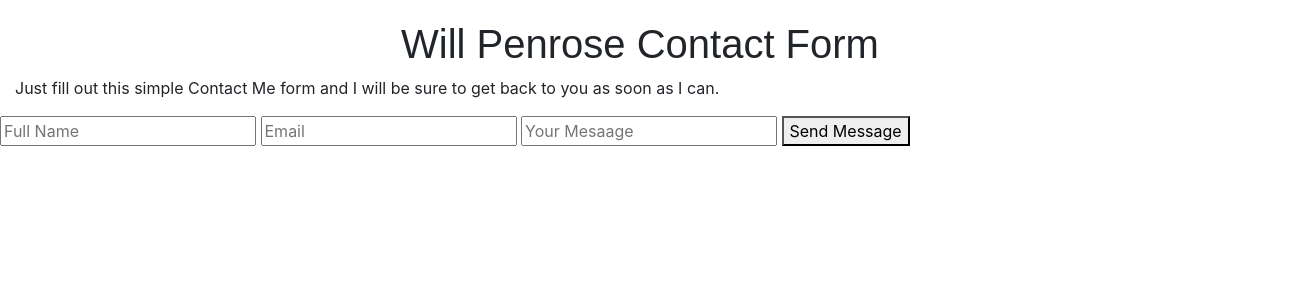
Repository: Code-Institute-Submissions/user-centric-frontend-dev-milestone-project
Page: contact.html
The author's editor kept a record of every edit. The page is drawn from the files as they stood at one moment, then again after the next edit.
The browser window is 1280 px wide. The page is 1295 px wide, then 1280 px, so the pictures cover 1295 px, including what lies to the right of the window. The pictures show the whole page.
Some web fonts or font styles are not loaded; a fallback is used.

Above is the page before.

### contact.html
<!DOCTYPE html>
<html lang="en">

<head>
    <meta charset="UTF-8">
    <meta name="viewport" content="width=device-width, initial-scale=1.0">
    <meta http-equiv="X-UA-Compatible" content="ie=edge">
    <link rel="stylesheet" href="style.css" type="text/css" />
    <link rel="stylesheet" href="https://stackpath.bootstrapcdn.com/bootstrap/4.3.1/css/bootstrap.min.css" type="text/css" />
    <title>Will Penrose Contact Form</title>
</head>

<body>
    <div class="container-fluid">
        <div class="row">
            <div class="col">
                <h1 class="contact-title">Will Penrose Contact Form</h1>
                <p class="contact-paragraph">
                    Just fill out this simple Contact Me form and I will be sure to get back to you as soon as I can.
                </p>
            </div>
        </div>
    </div>

    <div class="row">
        <div class="col-12 contact-form">
            <form>
                <input type="text" name="Name" placeholder="Full Name" />
                <input type="text" name="Email" placeholder="Email" />
                <input type="textarea" name="Mesaage" placeholder="Your Mesaage" />
                <button name="Send" type="submit">Send Message</button>
            </form>
        </div>
    </div>
</body>

</html>

### assets/css/style.css
@import url('https://fonts.googleapis.com/css?family=Odibee+Sans&display=swap:100,200,300,400,500,600,700|PT Sans Narrow:100,200,300,400,500,600,700');

/*---------------------------Navbar*/

.navbar {
    font-family: "Odibee Sans", sans-serif;
    font-size: 20px;
    letter-spacing: 1px;
    font-weight: 600;
}

/*---------------------------General*/

.inline-block {
    display: inline-block;
}

/*---------------------------Home Page Heading*/

.heading {
    text-align: center;
    margin: 0;
    padding-top: 100px;
}

img {
    width: 100%;
    height: 100%;
}

.jumbotron .name {
    font-family: "Odibee Sans", sans-serif;
    font-weight: 500;
    font-size: 60px
}

.jumbotron .title {
    font-family: "PT Sans Narrow", sans-serif;
    font-weight: 300;
    font-size: 40px
}

/*----------------------Home Page Text*/

.paragraph-heading {
    font-family: "Odibee Sans", sans-serif;
    font-size: 50px;
    text-align: center;
    text-decoration: underline;

}

.home-paragraphs {
    font-family: "PT Sans Narrow", sans-serif;
    font-size: 30px;
    width: 100%;
}

/*----------------------Media Quires*/

@media (max-width: 992px) {
    .home-paragraphs {
        padding-top: 20px;
    }
}

/*----------------------Contact Form*/


.contact-title {
    font-family: "Odibee Sans", sans-serif;
    padding-top: 20px;
    text-align: center;
}

/*----------------------Footer and Socials*/

footer {
    background-color: #343a40;
    color: rgba(255, 255, 255, 0.5);
    margin-top: 10px
}

.footer-paragraph {
    font-family: "PT Sans Narrow", sans-serif;
    text-align: center;
    font-size: 20px;
    font-weight: 400;
}

.footer-section {
    padding-top: 30px;
    text-align: center;
    font-family: "Odibee Sans", sans-serif;
    letter-spacing: 1px;
    font-size: 20px;
    font-weight: 600;
}

/*----------------------Footer Icons*/

.social-links li a i {
    width: 64px;
    height: 64px;
    color: #fff;
    padding: 30px;
}


p a i {
    width: 64px;
    height: 64px;
    color: #fff;
    padding-top: 20px;
}


/*----------------------Story Page*/

.story {
    margin: 0;
    padding-top: 100px;
}

.story-heading {
    font-family: "Odibee Sans", sans-serif;
    font-size: 50px;
    text-align: center;
}

.story-paragraphs {
    font-family: "PT Sans Narrow", sans-serif;
    font-size: 30px;
    display: inline-block;
}


/*----------------------Story Subheadings*/

.birth-subheading {
    font-family: "Odibee Sans", sans-serif;
    font-size: 40px;
    text-align: left;
    text-decoration: underline;
    padding-bottom: 10px
}

.years-subheading {
    font-family: "Odibee Sans", sans-serif;
    font-size: 40px;
    text-align: left;
    text-decoration: underline;
    padding-bottom: 10px
}

.leading-subheading {
    font-family: "Odibee Sans", sans-serif;
    font-size: 40px;
    text-align: left;
    text-decoration: underline;
    padding-bottom: 10px
}

.teen-subheading {
    font-family: "Odibee Sans", sans-serif;
    font-size: 40px;
    text-align: left;
    text-decoration: underline;
    padding-bottom: 10px
}

.present-subheading {
    font-family: "Odibee Sans", sans-serif;
    font-size: 40px;
    text-align: left;
    text-decoration: underline;
    padding-bottom: 10px
}


/*----------------------Gallery Page*/

.gallery {
    margin: 0;
    padding-top: 100px;
}

.gallery-heading {
    font-family: "Odibee Sans", sans-serif;
    font-size: 50px;
    text-align: center;
}

/*----------------------Gallery Images*/

.toprow {
    border-style: solid;
    border-width: 5px;
    border-color: #000;
    max-width: 100%;
    height: auto;
    padding-right: 10px;
    padding-left: 10px;
}

.image_group {
    font-family: "PT Sans Narrow", sans-serif;
    font-size: 25px;
    font-weight: 700;
    padding: 30px;
    text-align: center;
    text-decoration: underline;
}

.second-row {
    border-style: solid;
    border-width: 5px;
    border-color: #000;
    max-width: 100%;
    height: auto;
    padding-right: 10px;
    padding-left: 10px;
}

.third-row {
    border-style: solid;
    border-width: 5px;
    border-color: #000;
    max-width: 100%;
    height: auto;
    padding-right: 10px;
    padding-left: 10px;
}

After the next edit:
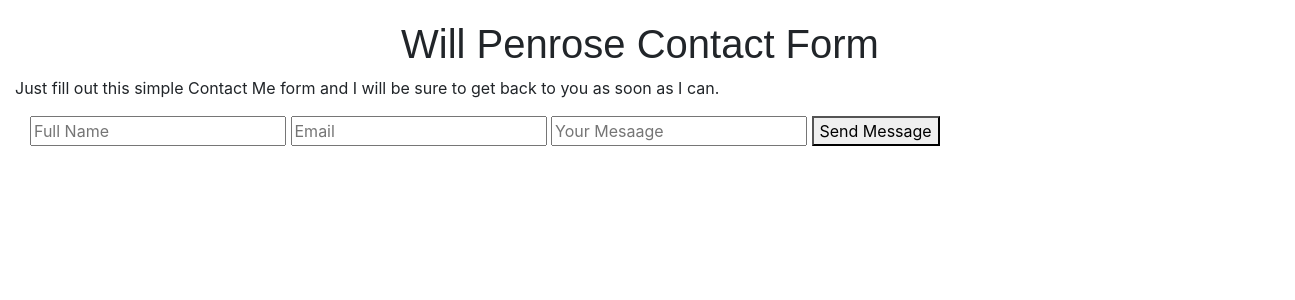
The edit:
--- a/contact.html
+++ b/contact.html
@@ -20,9 +20,6 @@
                 </p>
             </div>
         </div>
-    </div>
-
-    <div class="row">
         <div class="col-12 contact-form">
             <form>
                 <input type="text" name="Name" placeholder="Full Name" />
